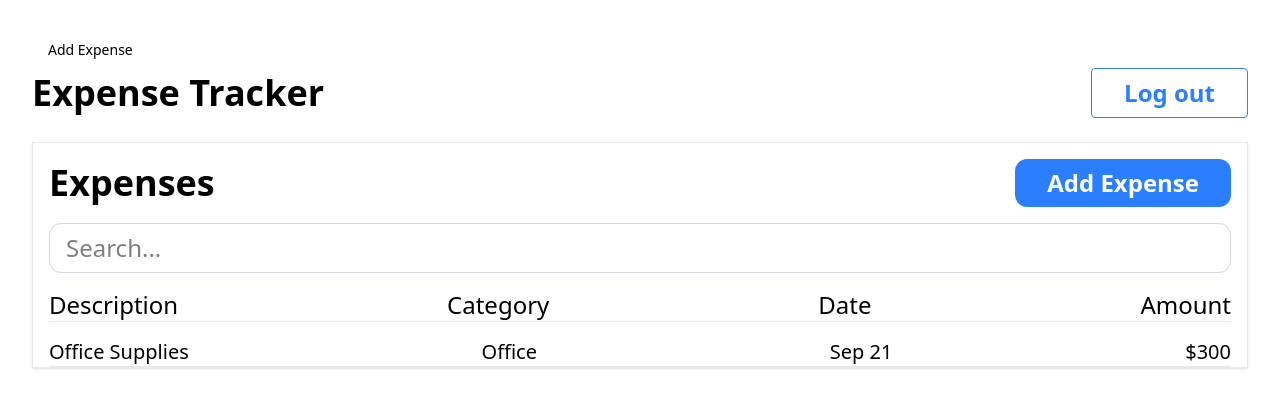
Repository: Syed-Mohsin-Ali786/frontend-expense-tracker
Page: /
An editor plug-in stored every save of this project. The page is shown before and after the next save, followed by the edit.
The browser window is 1280 px wide. The pictures show the whole page.
The project was rebuilt for these pictures with package versions that can differ from the ones it lists, and the page was loaded fresh each time. Also part of the build but not shown: src/components/ui/input.tsx, src/components/ui/label.tsx.

Above is the page before, as saved 2025-09-29 10:10:25.

### src/App.tsx
import "./App.css";
import { AddExpenseDialog } from "./components/AddExpenseDialog";

function App() {
  const handleClick=()=>{
  }
  return (
    <div className=" mt-4 mx-4 p-4">
      {/* Header */}
      <AddExpenseDialog/>
      <header className="flex items-center justify-between">
        <h1 className="text-4xl  font-semibold">Expense Tracker</h1>
        <button className="cursor-pointer border border-blue-500 py-2 px-3 md:px-6 lg:px-8 rounded font-semibold text-blue-500 text-2xl hover:bg-blue-500 hover:text-[#fff]">
          Log out
        </button>
      </header>

      {/* The main page */}
      <section className="mt-6 shadow border-gray-200 border px-4">
        {/* Expenses */}
        <div className="flex flex-col justify-between mt-4 ">
          <div className="flex justify-between items-center ">
            <h1 className="text-4xl  font-semibold">Expenses</h1>
            <button onClick={handleClick} className="cursor-pointer hover:bg-blue-600 bg-blue-500  py-2 px-3 md:px-6 lg:px-8 rounded-[12px] font-semibold text-[#ffff] text-2xl">
              Add Expense
            </button>
          </div>
          <div>
            <input
              type="text"
              placeholder="Search..."
              className="py-2 px-4 w-full text-2xl border-gray-300 border rounded-[12px] mt-4 outline-gray-500 "
            />
            <div className="flex text-2xl items-center justify-between mt-4 border-gray-200 border-b">
              <p>Description</p>
              <p>Category</p>
              <p>Date</p>
              <p>Amount</p>
            </div>
            <div className="flex text-xl items-center justify-between mt-4 border-gray-200 border-b">
              <p>Office Supplies</p>
              <p>Office</p>
              <p> Sep 21</p>
              <p>$300</p>
            </div>
          </div>
        </div>
        {/* Charts */}
        <div>

        </div>
      </section>
    </div>
  );
}

export default App;

### src/components/AddExpenseDialog.tsx
import {
  Dialog,
  DialogContent,
  DialogHeader,
  DialogTitle,
  DialogTrigger,
} from "@/components/ui/dialog"
import { Button } from "@/components/ui/button"
import { Input } from "@/components/ui/input"
import { Label } from "@/components/ui/label"

export function AddExpenseDialog() {
  return (
    <Dialog>
      <DialogTrigger asChild>
        <Button>Add Expense</Button>
      </DialogTrigger>
      <DialogContent>
        <DialogHeader>
          <DialogTitle>Add New Expense</DialogTitle>
        </DialogHeader>
        <form className="space-y-4">
          <div>
            <Label>Amount</Label>
            <Input type="number" placeholder="Enter amount" />
          </div>
          <div>
            <Label>Category</Label>
            <Input type="text" placeholder="Food, Travel, etc." />
          </div>
          <div>
            <Label>Date</Label>
            <Input type="date" />
          </div>
          <div>
            <Label>Description</Label>
            <Input type="text" placeholder="Optional description" />
          </div>
          <Button type="submit" className="w-full">Save</Button>
        </form>
      </DialogContent>
    </Dialog>
  )
}

### src/components/ui/dialog.tsx
import * as React from "react"
import * as DialogPrimitive from "@radix-ui/react-dialog"
import { XIcon } from "lucide-react"

import { cn } from "@/lib/utils"

function Dialog({
  ...props
}: React.ComponentProps<typeof DialogPrimitive.Root>) {
  return <DialogPrimitive.Root data-slot="dialog" {...props} />
}

function DialogTrigger({
  ...props
}: React.ComponentProps<typeof DialogPrimitive.Trigger>) {
  return <DialogPrimitive.Trigger data-slot="dialog-trigger" {...props} />
}

function DialogPortal({
  ...props
}: React.ComponentProps<typeof DialogPrimitive.Portal>) {
  return <DialogPrimitive.Portal data-slot="dialog-portal" {...props} />
}

function DialogClose({
  ...props
}: React.ComponentProps<typeof DialogPrimitive.Close>) {
  return <DialogPrimitive.Close data-slot="dialog-close" {...props} />
}

function DialogOverlay({
  className,
  ...props
}: React.ComponentProps<typeof DialogPrimitive.Overlay>) {
  return (
    <DialogPrimitive.Overlay
      data-slot="dialog-overlay"
      className={cn(
        "data-[state=open]:animate-in data-[state=closed]:animate-out data-[state=closed]:fade-out-0 data-[state=open]:fade-in-0 fixed inset-0 z-50 bg-black/50",
        className
      )}
      {...props}
    />
  )
}

function DialogContent({
  className,
  children,
  showCloseButton = true,
  ...props
}: React.ComponentProps<typeof DialogPrimitive.Content> & {
  showCloseButton?: boolean
}) {
  return (
    <DialogPortal data-slot="dialog-portal">
      <DialogOverlay />
      <DialogPrimitive.Content
        data-slot="dialog-content"
        className={cn(
          "bg-background data-[state=open]:animate-in data-[state=closed]:animate-out data-[state=closed]:fade-out-0 data-[state=open]:fade-in-0 data-[state=closed]:zoom-out-95 data-[state=open]:zoom-in-95 fixed top-[50%] left-[50%] z-50 grid w-full max-w-[calc(100%-2rem)] translate-x-[-50%] translate-y-[-50%] gap-4 rounded-lg border p-6 shadow-lg duration-200 sm:max-w-lg",
          className
        )}
        {...props}
      >
        {children}
        {showCloseButton && (
          <DialogPrimitive.Close
            data-slot="dialog-close"
            className="ring-offset-background focus:ring-ring data-[state=open]:bg-accent data-[state=open]:text-muted-foreground absolute top-4 right-4 rounded-xs opacity-70 transition-opacity hover:opacity-100 focus:ring-2 focus:ring-offset-2 focus:outline-hidden disabled:pointer-events-none [&_svg]:pointer-events-none [&_svg]:shrink-0 [&_svg:not([class*='size-'])]:size-4"
          >
            <XIcon />
            <span className="sr-only">Close</span>
          </DialogPrimitive.Close>
        )}
      </DialogPrimitive.Content>
    </DialogPortal>
  )
}

function DialogHeader({ className, ...props }: React.ComponentProps<"div">) {
  return (
    <div
      data-slot="dialog-header"
      className={cn("flex flex-col gap-2 text-center sm:text-left", className)}
      {...props}
    />
  )
}

function DialogFooter({ className, ...props }: React.ComponentProps<"div">) {
  return (
    <div
      data-slot="dialog-footer"
      className={cn(
        "flex flex-col-reverse gap-2 sm:flex-row sm:justify-end",
        className
      )}
      {...props}
    />
  )
}

function DialogTitle({
  className,
  ...props
}: React.ComponentProps<typeof DialogPrimitive.Title>) {
  return (
    <DialogPrimitive.Title
      data-slot="dialog-title"
      className={cn("text-lg leading-none font-semibold", className)}
      {...props}
    />
  )
}

function DialogDescription({
  className,
  ...props
}: React.ComponentProps<typeof DialogPrimitive.Description>) {
  return (
    <DialogPrimitive.Description
      data-slot="dialog-description"
      className={cn("text-muted-foreground text-sm", className)}
      {...props}
    />
  )
}

export {
  Dialog,
  DialogClose,
  DialogContent,
  DialogDescription,
  DialogFooter,
  DialogHeader,
  DialogOverlay,
  DialogPortal,
  DialogTitle,
  DialogTrigger,
}

### src/components/ui/button.tsx
import * as React from "react"
import { Slot } from "@radix-ui/react-slot"
import { cva, type VariantProps } from "class-variance-authority"

import { cn } from "@/lib/utils"

const buttonVariants = cva(
  "inline-flex items-center justify-center gap-2 whitespace-nowrap rounded-md text-sm font-medium transition-all disabled:pointer-events-none disabled:opacity-50 [&_svg]:pointer-events-none [&_svg:not([class*='size-'])]:size-4 shrink-0 [&_svg]:shrink-0 outline-none focus-visible:border-ring focus-visible:ring-ring/50 focus-visible:ring-[3px] aria-invalid:ring-destructive/20 dark:aria-invalid:ring-destructive/40 aria-invalid:border-destructive",
  {
    variants: {
      variant: {
        default: "bg-primary text-primary-foreground hover:bg-primary/90",
        destructive:
          "bg-destructive text-white hover:bg-destructive/90 focus-visible:ring-destructive/20 dark:focus-visible:ring-destructive/40 dark:bg-destructive/60",
        outline:
          "border bg-background shadow-xs hover:bg-accent hover:text-accent-foreground dark:bg-input/30 dark:border-input dark:hover:bg-input/50",
        secondary:
          "bg-secondary text-secondary-foreground hover:bg-secondary/80",
        ghost:
          "hover:bg-accent hover:text-accent-foreground dark:hover:bg-accent/50",
        link: "text-primary underline-offset-4 hover:underline",
      },
      size: {
        default: "h-9 px-4 py-2 has-[>svg]:px-3",
        sm: "h-8 rounded-md gap-1.5 px-3 has-[>svg]:px-2.5",
        lg: "h-10 rounded-md px-6 has-[>svg]:px-4",
        icon: "size-9",
      },
    },
    defaultVariants: {
      variant: "default",
      size: "default",
    },
  }
)

function Button({
  className,
  variant,
  size,
  asChild = false,
  ...props
}: React.ComponentProps<"button"> &
  VariantProps<typeof buttonVariants> & {
    asChild?: boolean
  }) {
  const Comp = asChild ? Slot : "button"

  return (
    <Comp
      data-slot="button"
      className={cn(buttonVariants({ variant, size, className }))}
      {...props}
    />
  )
}

export { Button, buttonVariants }

Loaded but not shown: index.html (common file); src/main.tsx (common file); src/App.css (common file); src/lib/utils.ts (common file)

After the next save:
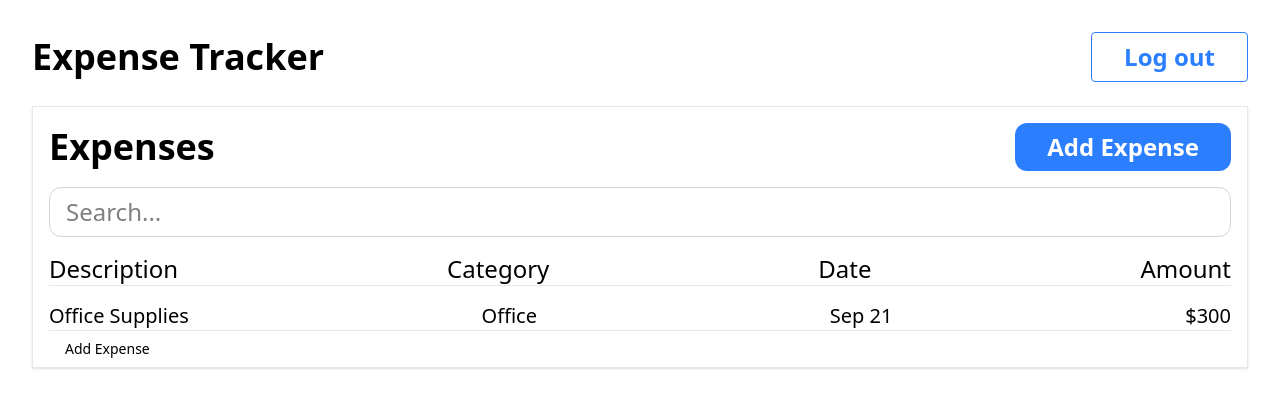
Saved 16 s later.
--- a/src/App.tsx
+++ b/src/App.tsx
@@ -7,7 +7,6 @@ function App() {
   return (
     <div className=" mt-4 mx-4 p-4">
       {/* Header */}
-      <AddExpenseDialog/>
       <header className="flex items-center justify-between">
         <h1 className="text-4xl  font-semibold">Expense Tracker</h1>
         <button className="cursor-pointer border border-blue-500 py-2 px-3 md:px-6 lg:px-8 rounded font-semibold text-blue-500 text-2xl hover:bg-blue-500 hover:text-[#fff]">
@@ -30,7 +29,7 @@ function App() {
               type="text"
               placeholder="Search..."
               className="py-2 px-4 w-full text-2xl border-gray-300 border rounded-[12px] mt-4 outline-gray-500 "
-            />
+              />
             <div className="flex text-2xl items-center justify-between mt-4 border-gray-200 border-b">
               <p>Description</p>
               <p>Category</p>
@@ -46,6 +45,7 @@ function App() {
           </div>
         </div>
         {/* Charts */}
+              <AddExpenseDialog/>
         <div>
 
         </div>
